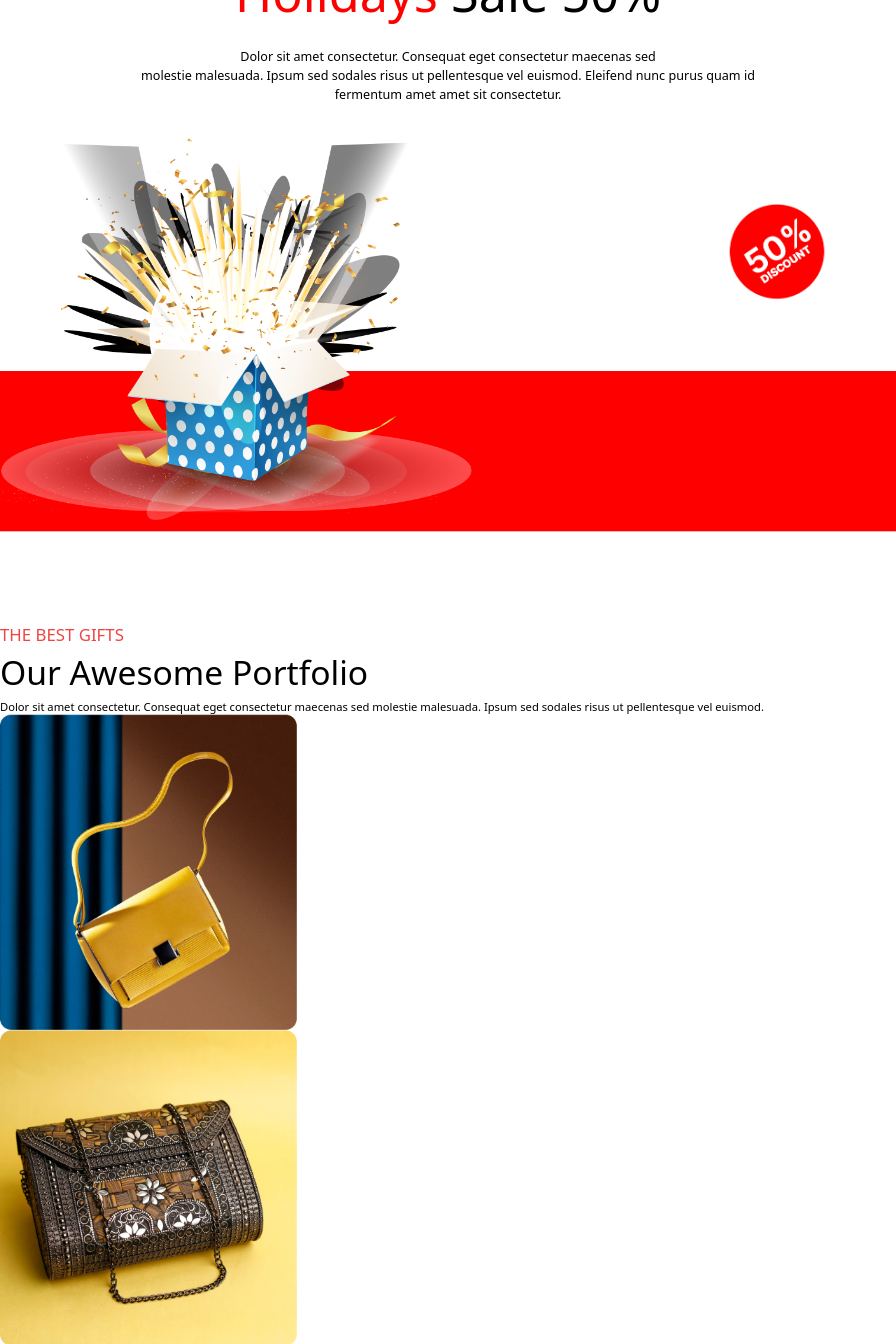
Repository: nahid-hasann/landing-page-1
Page: index.html
These files come from the project's save history. The page is drawn as it stood at one moment and after a run of saves; the edit follows.
The browser window is 1280 px wide. The pictures show the part of the page from y = 3780 to 5700 px (the page is 7507 px tall), at 70% of full size.
Some web libraries are served in a nearby version.

Above is the page before, as saved 2025-07-09 21:19:33.

After the next 2 saves:
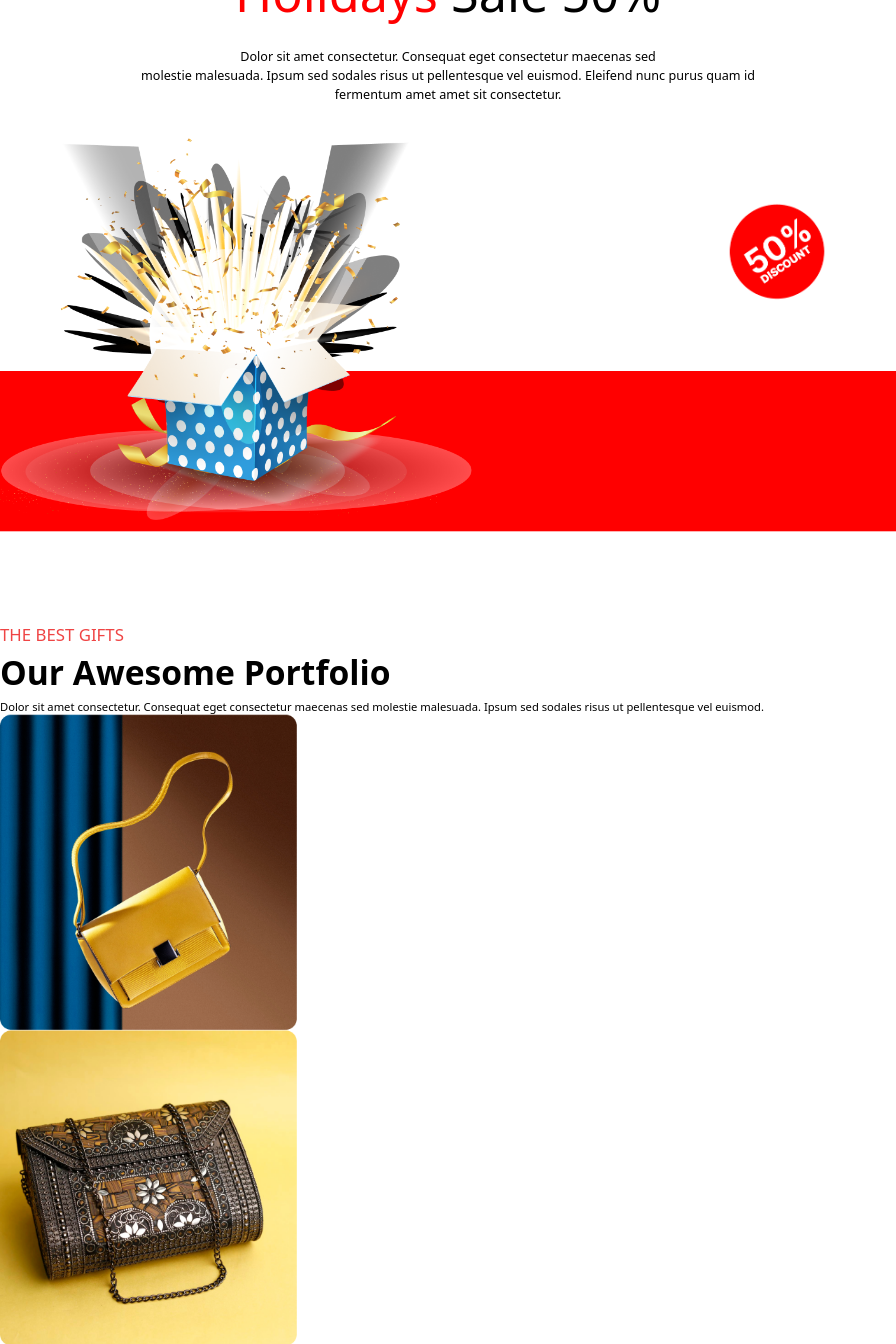
The 2 saves are shown as one change because they came seconds apart.
The last was saved 20 s later.
--- a/index.html
+++ b/index.html
@@ -113,7 +113,7 @@ molestie malesuada. Ipsum sed  sodales risus ut pellentesque vel euismod. Eleife
 
    <div>
     <p class="text-red-500  text-[24px]">THE BEST GIFTS</p>
-    <h1 class="text-[48px] ">Our Awesome Portfolio</h1>
+    <h1 class="text-[48px] font-bold">Our Awesome Portfolio</h1>
     <p>Dolor sit amet consectetur. Consequat eget consectetur maecenas sed molestie malesuada. Ipsum sed sodales risus ut pellentesque vel euismod. </p>
    </div>
 
